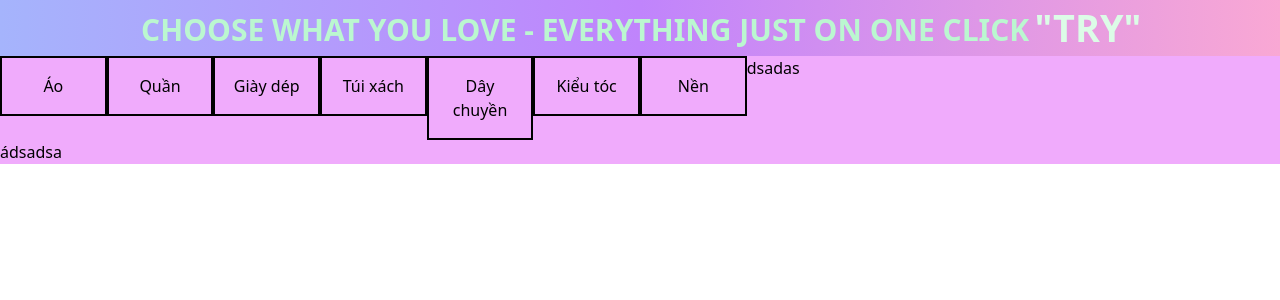
Repository: NguyenVietPhuQuy/ReactJs-TailWind-Redux-FunctionHook-ModelDesign
Page: / (app in modeldesign/)
The author's editor kept a copy of each file at every save. The page is drawn from the files as they stood at one save, then again after the next save.
The browser window is 1280 px wide. The pictures show the whole page.
The project was rebuilt for these pictures with package versions that can differ from the ones it lists, and the page was loaded fresh each time. Also part of the build but not shown: modeldesign/src/App.css.

Above is the page before, as saved 2022-11-17 13:30:44.

### modeldesign/public/index.html
<!DOCTYPE html>
<html lang="en">
  <head>
    <meta charset="utf-8" />
    <link rel="icon" href="%PUBLIC_URL%/favicon.ico" />
    <meta name="viewport" content="width=device-width, initial-scale=1" />
    <meta name="theme-color" content="#000000" />
    <meta
      name="description"
      content="Web site created using create-react-app"
    />
    <!--bootstrap-->
    <link rel="stylesheet" href="https://cdnjs.cloudflare.com/ajax/libs/bootstrap/5.2.2/js/bootstrap.min.js">
    <link rel="apple-touch-icon" href="%PUBLIC_URL%/logo192.png" />
    <!--
      manifest.json provides metadata used when your web app is installed on a
      user's mobile device or desktop. See https://developers.google.com/web/fundamentals/web-app-manifest/
    -->
    <link rel="manifest" href="%PUBLIC_URL%/manifest.json" />
    <!--
      Notice the use of %PUBLIC_URL% in the tags above.
      It will be replaced with the URL of the `public` folder during the build.
      Only files inside the `public` folder can be referenced from the HTML.

      Unlike "/favicon.ico" or "favicon.ico", "%PUBLIC_URL%/favicon.ico" will
      work correctly both with client-side routing and a non-root public URL.
      Learn how to configure a non-root public URL by running `npm run build`.
    -->
    <title>React App</title>
  </head>
  <body>
    <noscript>You need to enable JavaScript to run this app.</noscript>
    <div id="root"></div>
    <!--
      This HTML file is a template.
      If you open it directly in the browser, you will see an empty page.

      You can add webfonts, meta tags, or analytics to this file.
      The build step will place the bundled scripts into the <body> tag.

      To begin the development, run `npm start` or `yarn start`.
      To create a production bundle, use `npm run build` or `yarn build`.
    -->
  </body>
</html>

### modeldesign/src/index.js
import React from 'react';
import ReactDOM from 'react-dom/client';
import './index.css';
import App from './App';
import reportWebVitals from './reportWebVitals';
import {Provider} from 'react-redux'
import store from './Components/Reducer/Store';
const root = ReactDOM.createRoot(document.getElementById('root'));
root.render(
  <React.StrictMode>
    <Provider store ={store}>
    <App/>
    </Provider>
  </React.StrictMode>
);

// If you want to start measuring performance in your app, pass a function
// to log results (for example: reportWebVitals(console.log))
// or send to an analytics endpoint. Learn more: https://bit.ly/CRA-vitals
reportWebVitals();

### modeldesign/src/App.js
import React from 'react';
import './App.css';
import Home from './Components/Home.js'
function App() {
  return (
    <div>
      <Home/>
    </div>
  );
}

export default App;

### modeldesign/src/Components/Reducer/Store.js
import {createStore} from "redux"
import rootReducer from "./RootReducer"

const store = createStore(rootReducer,window.__REDUX_DEVTOOLS_EXTENSION__ && window.__REDUX_DEVTOOLS_EXTENSION__())
export default store

### modeldesign/src/Components/Home.js
import React from "react";
import Header from './Header.js'
import Category from "./Category.js";
import ProductList from "./ProductList.js";
import Model from "./Model.js";
function Home() {
    return (
        <div className="container mx-auto relative bg-fuchsia-300">
            <section className=
            " bg-gradient-to-r from-indigo-300 via-purple-400 to-pink-300 w-full ring-2 ring-transparent">
                    <Header/>
            </section>
            <section className="main flex flex-row">
                <div className="basis-7/12">
                    <Category/>
                    <ProductList/>
                </div>
                <div className="basis-5/12">
                    <Model />
                </div>
            </section>
        </div>
    )
}
export default Home

### modeldesign/src/Components/Reducer/RootReducer.js
import { combineReducers } from "redux";
import ProductReducer from './ProductReducer'
import CategoryReducer from './CategoryReducer'

const RootReducer = combineReducers({
    products: ProductReducer,
    categories: CategoryReducer,

})

export default RootReducer

### modeldesign/src/Components/Header.js
import React from "react";
import 'animate.css'
function Header(){
    return (
        <div className="text-center text-3xl p-2 font-semibold text-green-200 ">
            CHOOSE WHAT YOU LOVE - EVERYTHING JUST ON ONE CLICK <span className="text-green-100 font-bold text-4xl animate__animated animate__pulse animate__infinite inline-block">"TRY" </span>
        </div>
    )
}
export default Header

### modeldesign/src/Components/Category.js
import React from "react";
import { useSelector } from 'react-redux'


function Category(props) {
    const returnValue = useSelector(state => state.categories.category)
    return (
        <div className=" flex flex-row w-full">
            {returnValue.map((item) => {
                return (
                    <div className="w-1/2">
                        <button className="p-4 w-full "  style={{ border: "2px solid black", }} >{item.showName}</button>
                    </div>
                )
            })}
        </div>
    )
}

export default Category

### modeldesign/src/Components/ProductList.js
import React from "react";
function ProductList(){
    return(<div>
ádsadsa
    </div>)
}
export default ProductList

### modeldesign/src/Components/Model.js
import React from "react";
function Model(){
    return(<div>
        dsadas
    </div>)
}
export default Model

### modeldesign/src/Components/Reducer/ProductReducer.js

const initialState = {
    product: [{
        id: 'topcloth_1',
        type: "topclothes",
        name: "Top Cloth 1",
        desc: "Lorem ipsum dolor, sit amet consectetur adipisicing elit. Aliquid, nulla.",
        imgSrc_jpg: 'images/clothes/topcloth1_show.jpg',
        imgSrc_png: 'images/clothes/topcloth1.png',
    },
    {
        id: 'topcloth_2',
        type: "topclothes",
        name: "Top Cloth 2",
        desc: "Lorem ipsum dolor, sit amet consectetur adipisicing elit. Aliquid, nulla.",
        imgSrc_jpg: 'images/clothes/topcloth2_show.jpg',
        imgSrc_png: 'images/clothes/topcloth2.png',
    },
    {
        id: 'topcloth_3',
        type: "topclothes",
        name: "Top Cloth 3",
        desc: "Lorem ipsum dolor, sit amet consectetur adipisicing elit. Aliquid, nulla.",
        imgSrc_jpg: 'images/clothes/topcloth3_show.jpg',
        imgSrc_png: 'images/clothes/topcloth3.png',
    },
    {
        id: 'topcloth_4',
        type: "topclothes",
        name: "Top Cloth 4",
        desc: "Lorem ipsum dolor, sit amet consectetur adipisicing elit. Aliquid, nulla.",
        imgSrc_jpg: 'images/clothes/topcloth4_show.jpg',
        imgSrc_png: 'images/clothes/topcloth4.png',
    },
    {
        id: 'topcloth_5',
        type: "topclothes",
        name: "Top Cloth 5",
        desc: "Lorem ipsum dolor, sit amet consectetur adipisicing elit. Aliquid, nulla.",
        imgSrc_jpg: 'images/clothes/topcloth5_show.jpg',
        imgSrc_png: 'images/clothes/topcloth5.png',
    },
    {
        id: 'topcloth_6',
        type: "topclothes",
        name: "Top Cloth ",
        desc: "Lorem ipsum dolor, sit amet consectetur adipisicing elit. Aliquid, nulla.",
        imgSrc_jpg: 'images/clothes/topcloth6_show.jpg',
        imgSrc_png: 'images/clothes/topcloth6.png',
    },

    // Both clothes
    {
        id: 'botcloth_1',
        type: "botclothes",
        name: "Bot Cloth 1",
        desc: "Lorem ipsum dolor, sit amet consectetur adipisicing elit. Aliquid, nulla.",
        imgSrc_jpg: 'images/clothes/botcloth1_show.jpg',
        imgSrc_png: 'images/clothes/botcloth1.png',
    },
    {
        id: 'botcloth_2',
        type: "botclothes",
        name: "Bot Cloth 2",
        desc: "Lorem ipsum dolor, sit amet consectetur adipisicing elit. Aliquid, nulla.",
        imgSrc_jpg: 'images/clothes/botcloth2_show.jpg',
        imgSrc_png: 'images/clothes/botcloth2.png',
    },
    {
        id: 'botcloth_3',
        type: "botclothes",
        name: "Bot Cloth 3",
        desc: "Lorem ipsum dolor, sit amet consectetur adipisicing elit. Aliquid, nulla.",
        imgSrc_jpg: 'images/clothes/botcloth3_show.jpg',
        imgSrc_png: 'images/clothes/botcloth3.png',
    },
    {
        id: 'botcloth_4',
        type: "botclothes",
        name: "Bot Cloth 4",
        desc: "Lorem ipsum dolor, sit amet consectetur adipisicing elit. Aliquid, nulla.",
        imgSrc_jpg: 'images/clothes/botcloth4_show.jpg',
        imgSrc_png: 'images/clothes/botcloth4.png',
    },
    {
        id: 'botcloth_5',
        type: "botclothes",
        name: "Bot Cloth 5",
        desc: "Lorem ipsum dolor, sit amet consectetur adipisicing elit. Aliquid, nulla.",
        imgSrc_jpg: 'images/clothes/botcloth5_show.jpg',
        imgSrc_png: 'images/clothes/botcloth5.png',
    },

    // Shoes
    {
        id: 'shoes_1',
        type: "shoes",
        name: "Shoes 1",
        desc: "Lorem ipsum dolor, sit amet consectetur adipisicing elit. Aliquid, nulla.",
        imgSrc_jpg: 'images/shoes/shoes1_show.jpg',
        imgSrc_png: 'images/shoes/shoes1.png',
    },
    {
        id: 'shoes_2',
        type: "shoes",
        name: "Shoes 2",
        desc: "Lorem ipsum dolor, sit amet consectetur adipisicing elit. Aliquid, nulla.",
        imgSrc_jpg: 'images/shoes/shoes2_show.jpg',
        imgSrc_png: 'images/shoes/shoes2.png',
    },
    {
        id: 'shoes_3',
        type: "shoes",
        name: "Shoes 3",
        desc: "Lorem ipsum dolor, sit amet consectetur adipisicing elit. Aliquid, nulla.",
        imgSrc_jpg: 'images/shoes/shoes3_show.jpg',
        imgSrc_png: 'images/shoes/shoes3.png',
    },
    {
        id: 'shoes_4',
        type: "shoes",
        name: "Shoes 4",
        desc: "Lorem ipsum dolor, sit amet consectetur adipisicing elit. Aliquid, nulla.",
        imgSrc_jpg: 'images/shoes/shoes4_show.jpg',
        imgSrc_png: 'images/shoes/shoes4.png',
    },
    {
        id: 'shoes_5',
        type: "shoes",
        name: "Shoes 5",
        desc: "Lorem ipsum dolor, sit amet consectetur adipisicing elit. Aliquid, nulla.",
        imgSrc_jpg: 'images/shoes/shoes5_show.jpg',
        imgSrc_png: 'images/shoes/shoes5.png',
    },

    // Handbags
    {
        id: 'handbag_1',
        type: "handbags",
        name: "Handbag 1",
        desc: "Lorem ipsum dolor, sit amet consectetur adipisicing elit. Aliquid, nulla.",
        imgSrc_jpg: 'images/handbags/handbag1_show.jpg',
        imgSrc_png: 'images/handbags/handbag1.png',
    },
    {
        id: 'handbag_2',
        type: "handbags",
        name: "Handbag 2",
        desc: "Lorem ipsum dolor, sit amet consectetur adipisicing elit. Aliquid, nulla.",
        imgSrc_jpg: 'images/handbags/handbag2_show.jpg',
        imgSrc_png: 'images/handbags/handbag2.png',
    },
    {
        id: 'handbag_3',
        type: "handbags",
        name: "Handbag 3",
        desc: "Lorem ipsum dolor, sit amet consectetur adipisicing elit. Aliquid, nulla.",
        imgSrc_jpg: 'images/handbags/handbag3_show.jpg',
        imgSrc_png: 'images/handbags/handbag3.png',
    },

    // Necklaces
    {
        id: 'necklace_1',
        type: "necklaces",
        name: "Necklace 1",
        desc: "Lorem ipsum dolor, sit amet consectetur adipisicing elit. Aliquid, nulla.",
        imgSrc_jpg: 'images/necklaces/necklace1_show.jpg',
        imgSrc_png: 'images/necklaces/necklace1.png',
    },
    {
        id: 'necklace_2',
        type: "necklaces",
        name: "Necklace 2",
        desc: "Lorem ipsum dolor, sit amet consectetur adipisicing elit. Aliquid, nulla.",
        imgSrc_jpg: 'images/necklaces/necklace2_show.jpg',
        imgSrc_png: 'images/necklaces/necklace2.png',
    },
    {
        id: 'necklace_3',
        type: "necklaces",
        name: "Necklace 3",
        desc: "Lorem ipsum dolor, sit amet consectetur adipisicing elit. Aliquid, nulla.",
        imgSrc_jpg: 'images/necklaces/necklace3_show.jpg',
        imgSrc_png: 'images/necklaces/necklace3.png',
    },

    // Hairstyle
    {
        id: 'hairstyle_1',
        type: "hairstyle",
        name: "Hairstyle 1",
        desc: "Lorem ipsum dolor, sit amet consectetur adipisicing elit. Aliquid, nulla.",
        imgSrc_jpg: 'images/hairstyle/hairstyle1_show.jpg',
        imgSrc_png: 'images/hairstyle/hairstyle1.png',
    },
    {
        id: 'hairstyle_2',
        type: "hairstyle",
        name: "Hairstyle 2",
        desc: "Lorem ipsum dolor, sit amet consectetur adipisicing elit. Aliquid, nulla.",
        imgSrc_jpg: 'images/hairstyle/hairstyle2_show.jpg',
        imgSrc_png: 'images/hairstyle/hairstyle2.png',
    },
    {
        id: 'hairstyle_3',
        type: "hairstyle",
        name: "Hairstyle 3",
        desc: "Lorem ipsum dolor, sit amet consectetur adipisicing elit. Aliquid, nulla.",
        imgSrc_jpg: 'images/hairstyle/hairstyle3_show.jpg',
        imgSrc_png: 'images/hairstyle/hairstyle3.png',
    },

    // Background
    {
        id: 'background_1',
        type: "background",
        name: "Background 1",
        desc: "Lorem ipsum dolor, sit amet consectetur adipisicing elit. Aliquid, nulla.",
        imgSrc_jpg: 'images/background/background1_show.jpg',
        imgSrc_png: 'images/background/background1.jpg',
    },
    {
        id: 'background_2',
        type: "background",
        name: "Background 2",
        desc: "Lorem ipsum dolor, sit amet consectetur adipisicing elit. Aliquid, nulla.",
        imgSrc_jpg: 'images/background/background2_show.jpg',
        imgSrc_png: 'images/background/background2.jpg',
    },
    {
        id: 'background_3',
        type: "background",
        name: "Background 3",
        desc: "Lorem ipsum dolor, sit amet consectetur adipisicing elit. Aliquid, nulla.",
        imgSrc_jpg: 'images/background/background3_show.jpg',
        imgSrc_png: 'images/background/background3.jpg',
    },
    {
        id: 'background_4',
        type: "background",
        name: "Background 4",
        desc: "Lorem ipsum dolor, sit amet consectetur adipisicing elit. Aliquid, nulla.",
        imgSrc_jpg: 'images/background/background4_show.jpg',
        imgSrc_png: 'images/background/background4.jpg',
    },
    {
        id: 'background_5',
        type: "background",
        name: "Background 5",
        desc: "Lorem ipsum dolor, sit amet consectetur adipisicing elit. Aliquid, nulla.",
        imgSrc_jpg: 'images/background/background5_show.jpg',
        imgSrc_png: 'images/background/background5.jpg',
    },
    {
        id: 'background_6',
        type: "background",
        name: "Background 6",
        desc: "Lorem ipsum dolor, sit amet consectetur adipisicing elit. Aliquid, nulla.",
        imgSrc_jpg: 'images/background/background6_show.jpg',
        imgSrc_png: 'images/background/background6.jpg',
    },
    {
        id: 'background_7',
        type: "background",
        name: "Background 7",
        desc: "Lorem ipsum dolor, sit amet consectetur adipisicing elit. Aliquid, nulla.",
        imgSrc_jpg: 'images/background/background7_show.jpg',
        imgSrc_png: 'images/background/background7.jpg',
    },
    ],
}
const ProductReducer = (state = initialState) => {
    return state
}

export default ProductReducer

### modeldesign/src/Components/Reducer/CategoryReducer.js
const initialState ={
    category: [
        { tabName: 'tabTopClothes', showName: 'Áo', type: 'topclothes' },
        { tabName: 'tabBotClothes', showName: 'Quần', type: 'botclothes' },
        { tabName: 'tabShoes', showName: 'Giày dép', type: 'shoes' },
        { tabName: 'tabHandBags', showName: 'Túi xách', type: 'handbags' },
        { tabName: 'tabNecklaces', showName: 'Dây chuyền', type: 'necklaces' },
        { tabName: 'tabHairStyle', showName: 'Kiểu tóc', type: 'hairstyle' },
        { tabName: 'tabBackground', showName: 'Nền', type: 'background' }
    ]
}
const CategoryReducer = (state=initialState) =>{
    return state
}
export default CategoryReducer

Loaded but not shown: modeldesign/src/index.css (common file); modeldesign/src/reportWebVitals.js (common file); modeldesign/tailwind.config.js (common file)

After the next save:
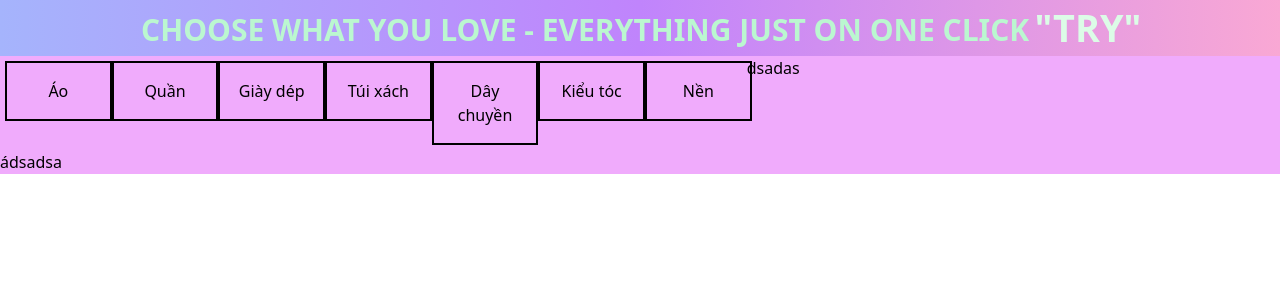
Saved 14 s later.
--- a/modeldesign/src/Components/Category.js
+++ b/modeldesign/src/Components/Category.js
@@ -9,7 +9,7 @@ function Category(props) {
             {returnValue.map((item) => {
                 return (
                     <div className="w-1/2">
-                        <button className="p-4 w-full "  style={{ border: "2px solid black", }} >{item.showName}</button>
+                        <button className="p-4 w-full "  style={{ border: "2px solid black",margin:5 }} >{item.showName}</button>
                     </div>
                 )
             })}
